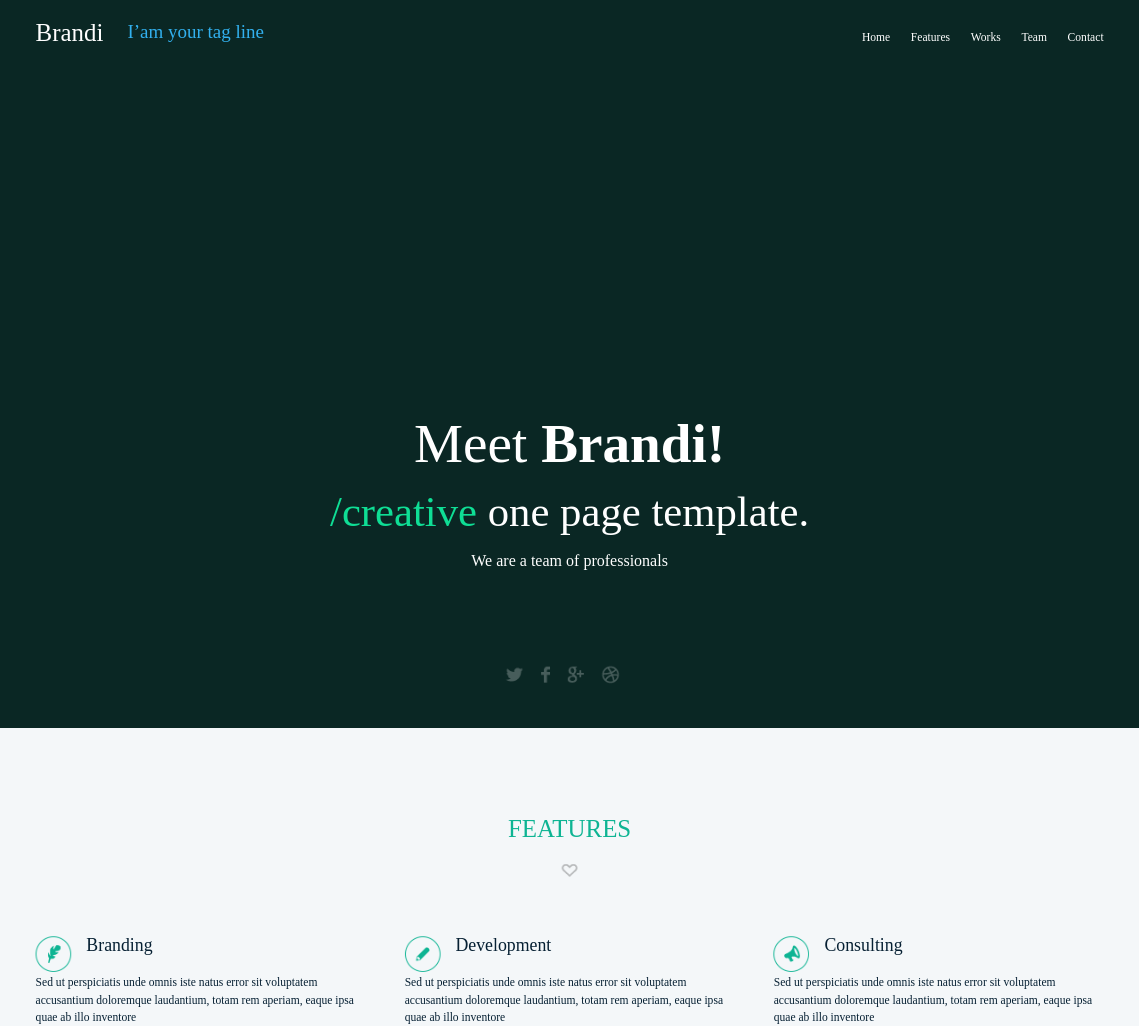
Repository: iravakilova/Brandi
Page: app/index.html
The author's editor kept a copy of each file at every save. The page is drawn from the files as they stood at one save, then again after the next save.
The browser window is 1280 px wide. The pictures show the whole page, at 89% of full size.

Above is the page before, as saved 2020-02-14 22:38:52.

After the next save:
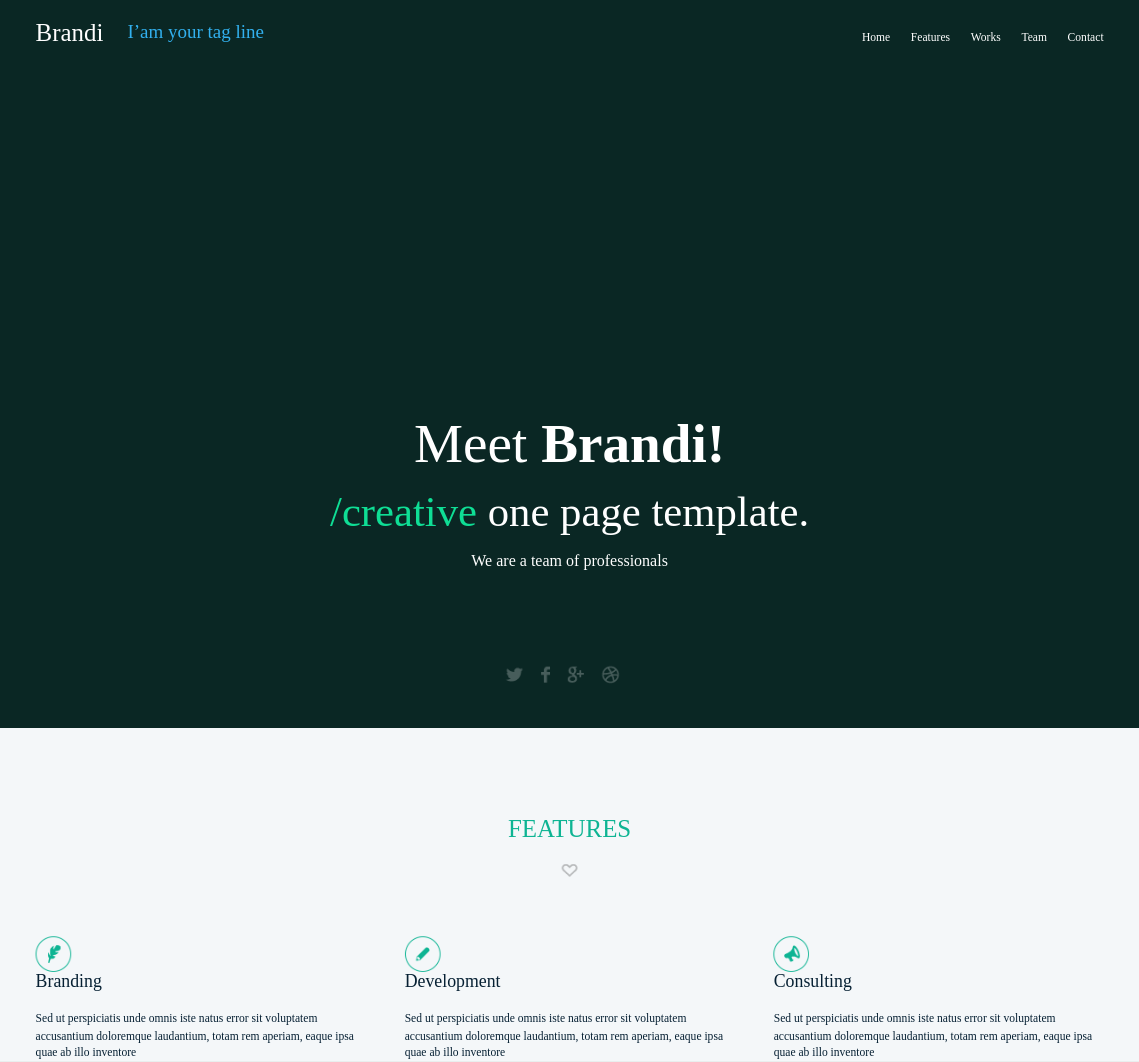
Saved 30 s later.
--- a/app/style.css
+++ b/app/style.css
@@ -111,7 +111,6 @@
 }
 .features__image{
     margin-right: 17px;
-    float: left;
 }
 .features__title{
     font-family: "OpenSans-Semibold", "AdobeInvisFont", "MyriadPro-Regular";
